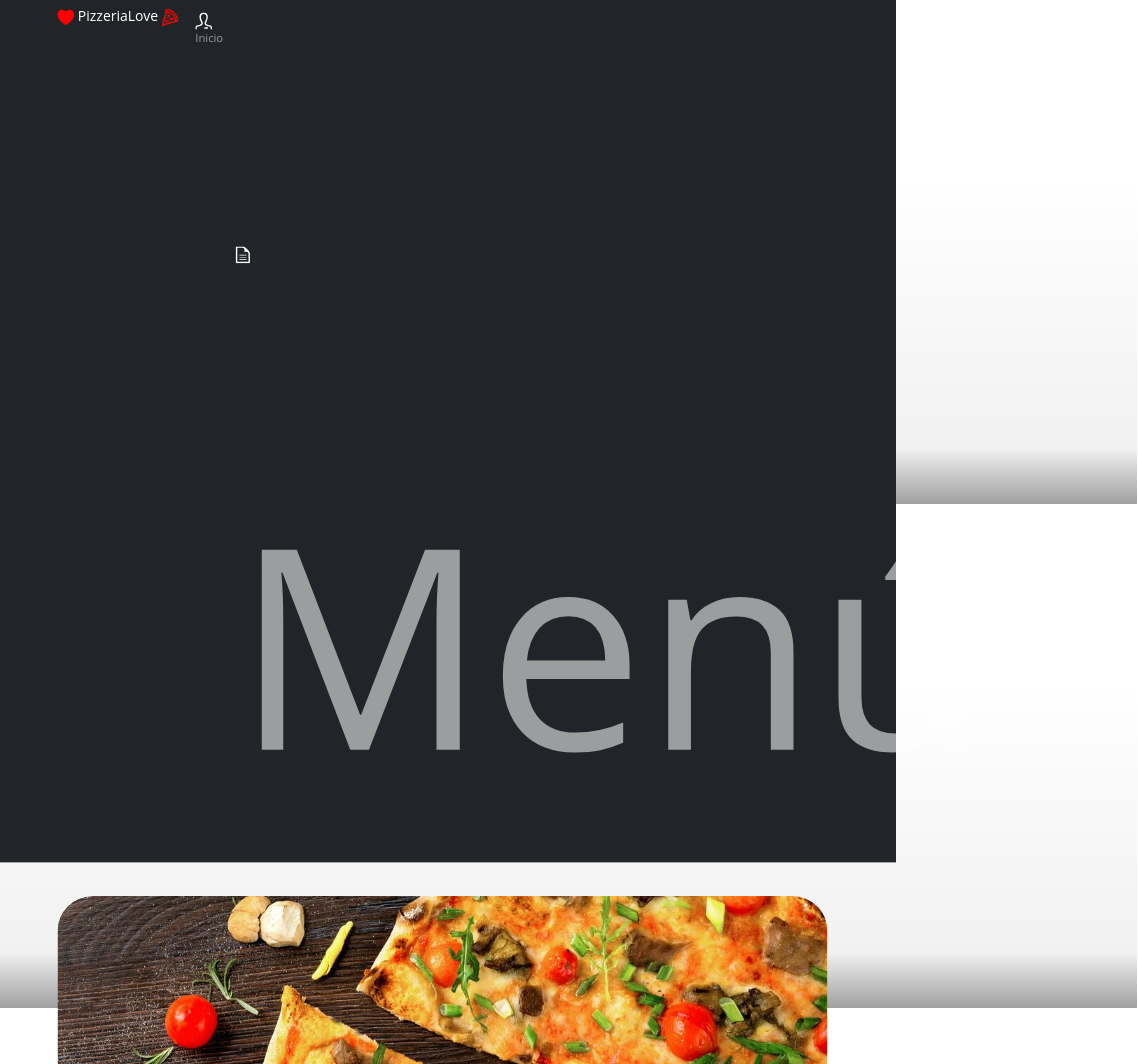
Repository: bechara611/PizzeriaLove
Page: /
These files come from the project's save history. The page is drawn as it stood at one moment and after the next save; the edit follows.
The browser window is 1280 px wide. The page is 1625 px wide, then 1280 px, so the pictures cover 1625 px, including what lies to the right of the window. The pictures show the part of the page from y = 0 to 1520 px (the page is 3045 px tall before and 1905 px after), at 70% of full size.
The page's requests for data from a server got no answer. Backgrounds fixed to the window are drawn as part of the page. The project was rebuilt for these pictures with package versions that can differ from the ones it lists, and the page was loaded fresh each time. No one was signed in, and anything a server would have sent is missing. Also part of the build but not shown: src/App.css, src/App.js, src/Elementos/Alerta.js.

Above is the page before, as saved 2022-02-22 18:34:57.

After the next save:
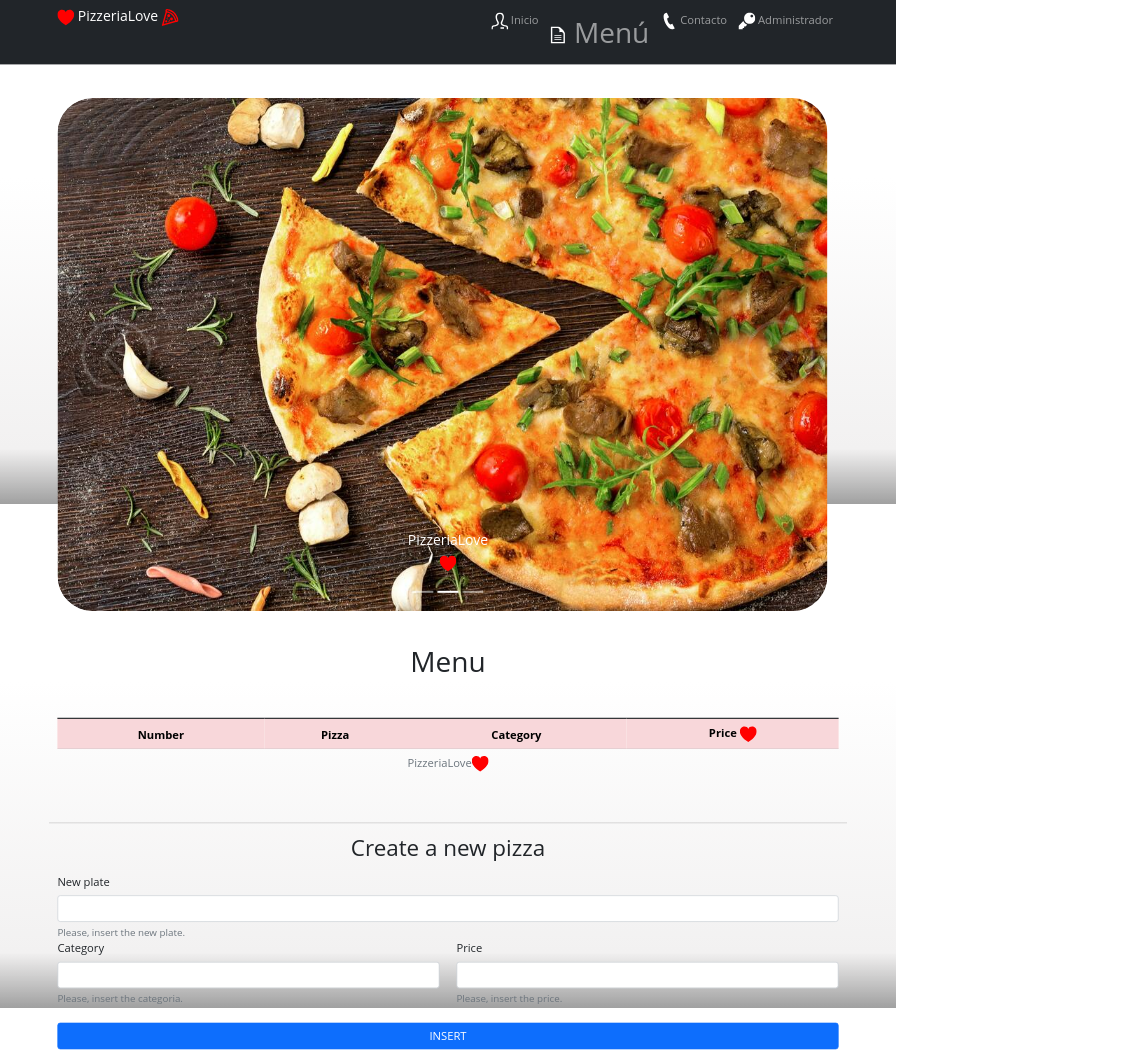
Saved 6 s later.
--- a/src/Componentes/Header.css
+++ b/src/Componentes/Header.css
@@ -59,7 +59,7 @@ color: white;
 display: inline-block;
 opacity: 1;
 text-decoration: none;
-font-size: 400px;
+font-size: 40px;
 }
 
 
